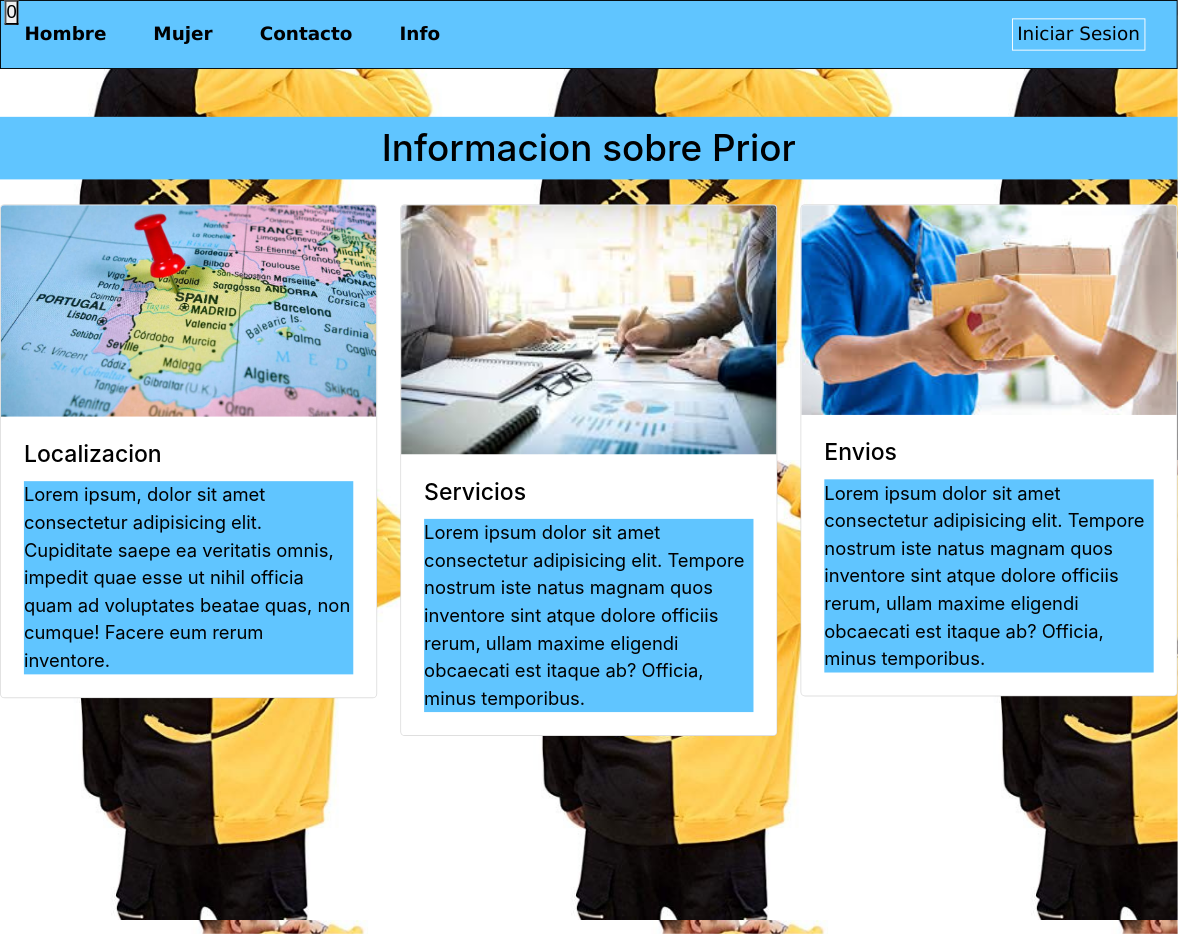
Repository: danilugones10/Proyecto
Page: info.html
The author's editor kept a copy of each file at every save. The page is drawn from the files as they stood at one save, then again after the next save.
The browser window is 1280 px wide. The pictures show the whole page, at 92% of full size.

Above is the page before, as saved 2021-03-08 19:04:23.

After the next save:
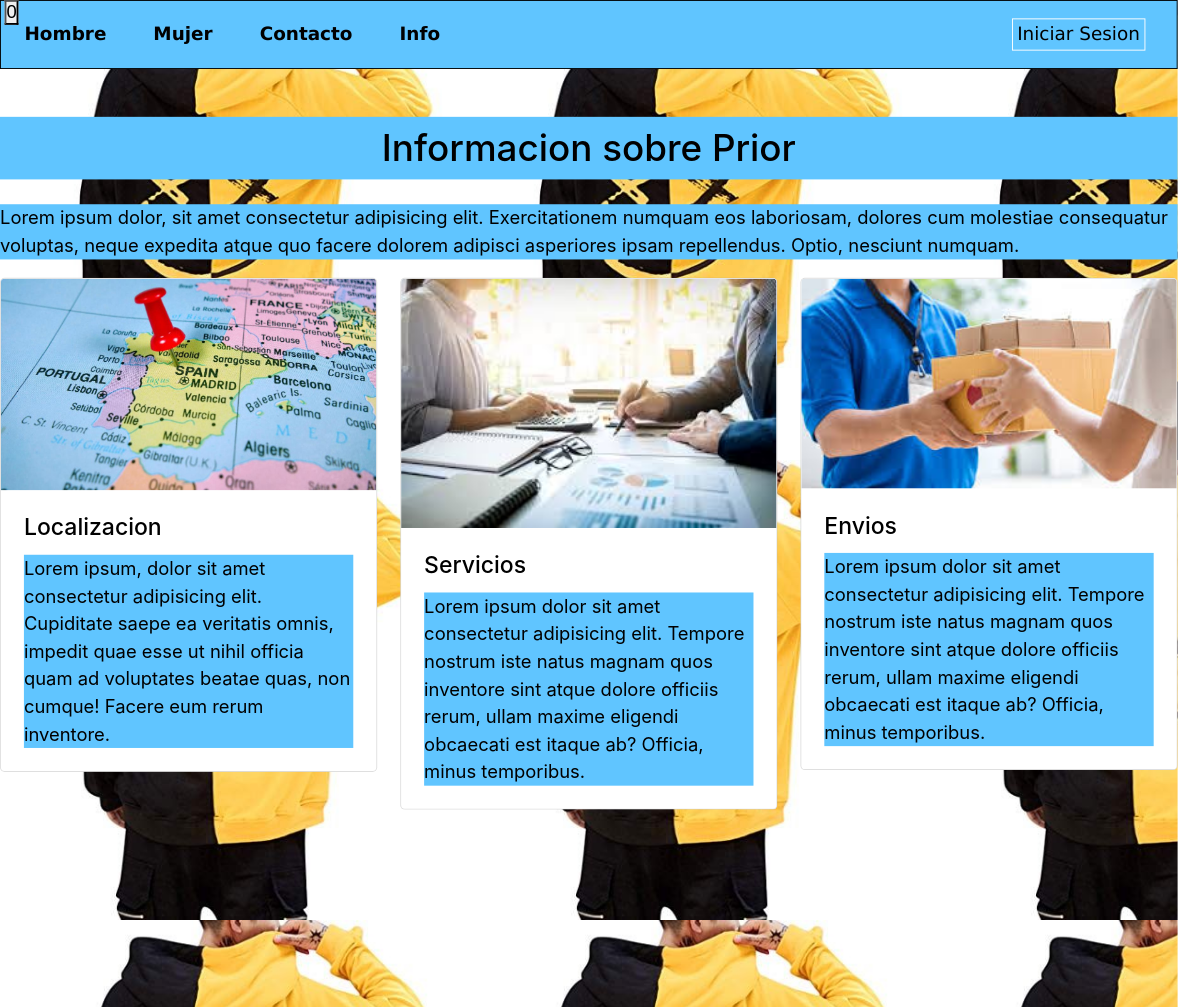
Saved 52 s later.
--- a/info.html
+++ b/info.html
@@ -14,8 +14,8 @@
     </header>
 
     <main class="main">
-
         <h1>Informacion sobre Prior</h1>
+        <p>Lorem ipsum dolor, sit amet consectetur adipisicing elit. Exercitationem numquam eos laboriosam, dolores cum molestiae consequatur voluptas, neque expedita atque quo facere dolorem adipisci asperiores ipsam repellendus. Optio, nesciunt numquam.</p>
         <div class="card-columns">
             <div class="card">
               <img src="css/img/mapa.jpg" class="card-img-top" alt="...">

After the save that followed:
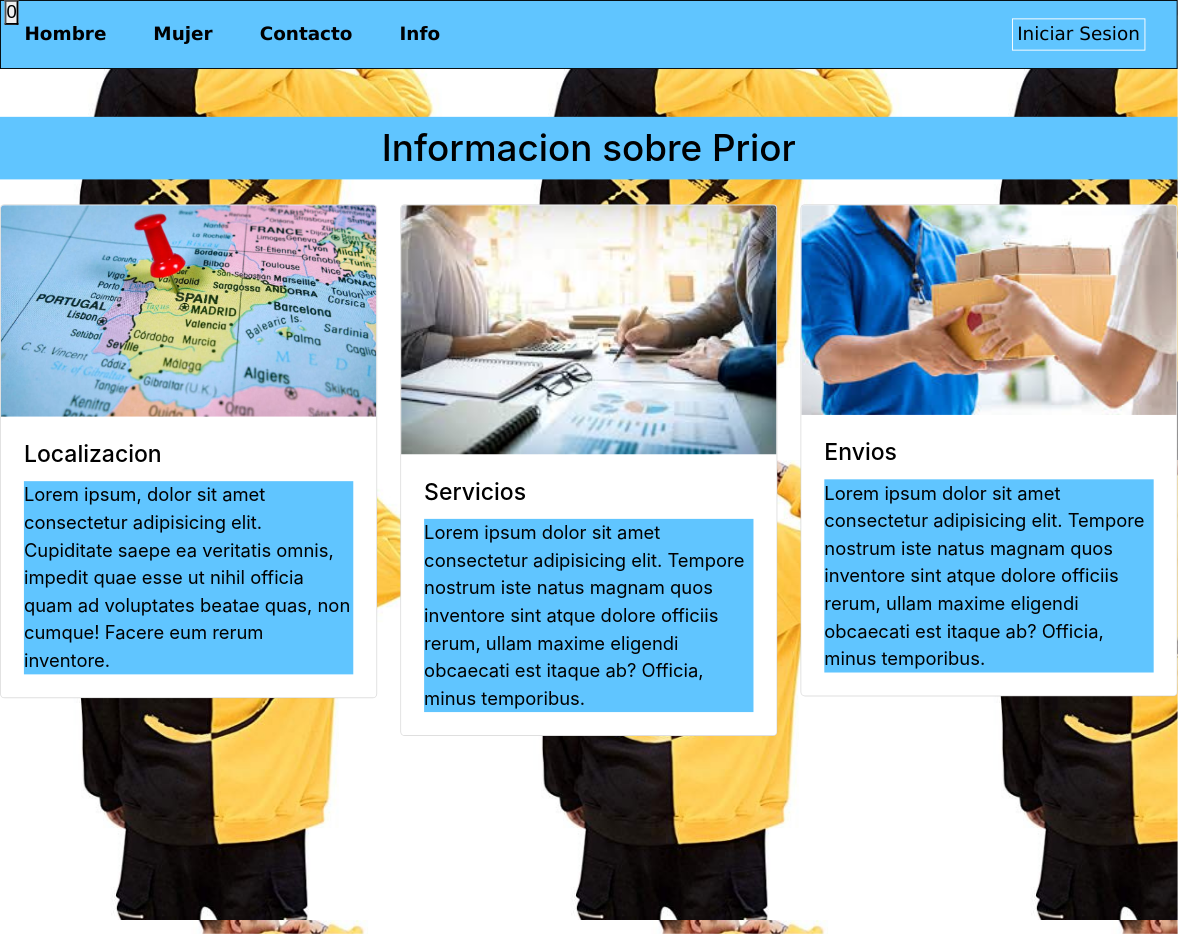
Saved 10 s later.
--- a/info.html
+++ b/info.html
@@ -15,7 +15,6 @@
 
     <main class="main">
         <h1>Informacion sobre Prior</h1>
-        <p>Lorem ipsum dolor, sit amet consectetur adipisicing elit. Exercitationem numquam eos laboriosam, dolores cum molestiae consequatur voluptas, neque expedita atque quo facere dolorem adipisci asperiores ipsam repellendus. Optio, nesciunt numquam.</p>
         <div class="card-columns">
             <div class="card">
               <img src="css/img/mapa.jpg" class="card-img-top" alt="...">
